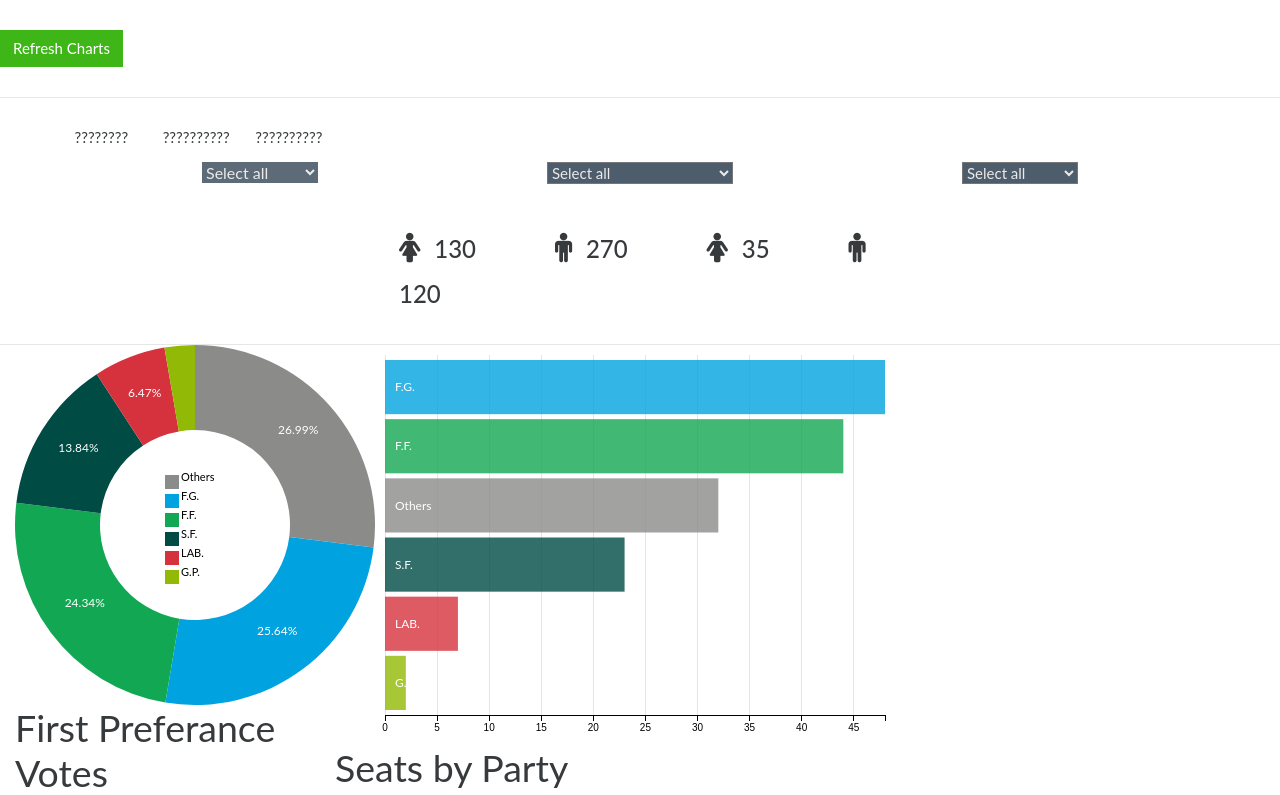
Repository: pauldardis/project-2-test
Page: index.html
The author's editor kept a record of every edit. The page is drawn from the files as they stood at one moment, then again after the next edit.
The browser window is 1280 px wide. The pictures show the whole page.

Above is the page before.
Console error: TypeError: Cannot read properties of null (reading 'textContent')

After the next edit:
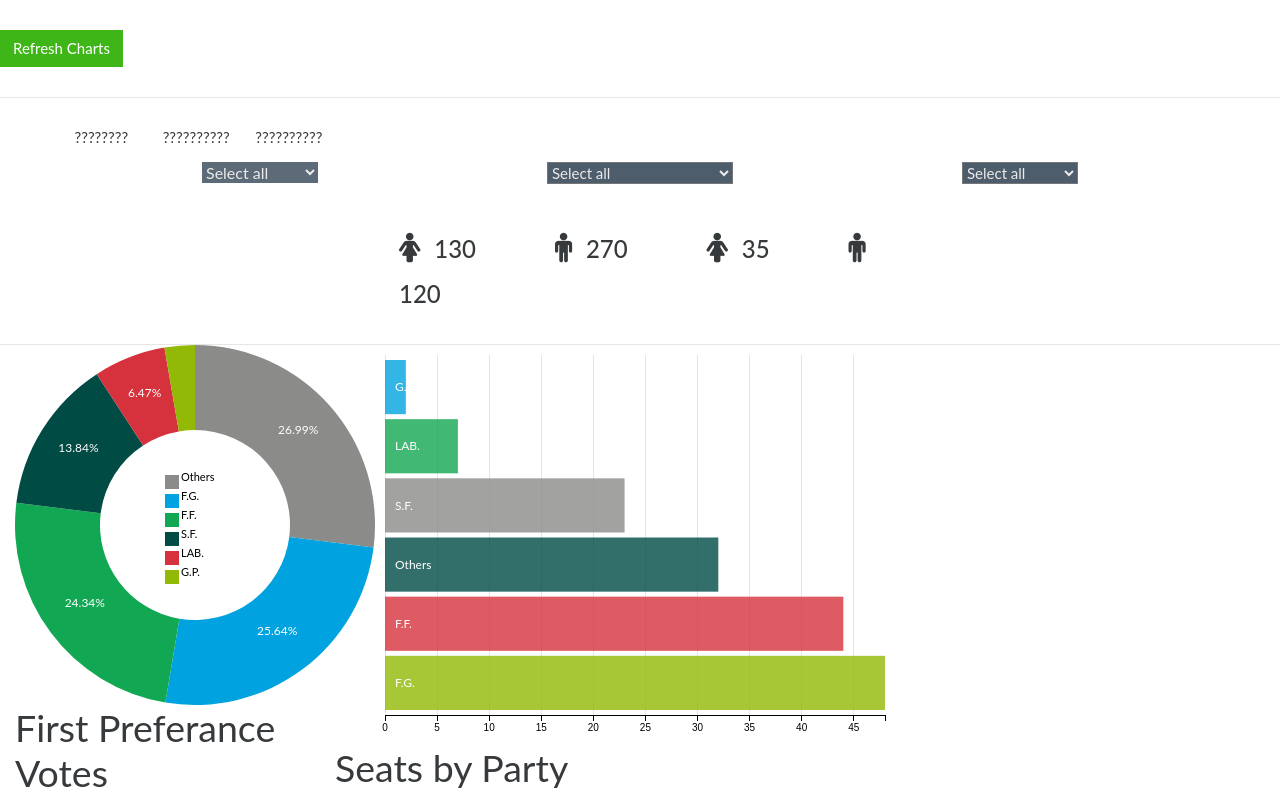
The edit:
--- a/assets/js/graps.js
+++ b/assets/js/graps.js
@@ -134,6 +134,7 @@
         .dimension(dim)
         .transitionDuration(1500)
         .elasticX(true)
+        .ordering(function(d) { return +d.value })
         .group(group);
 }
 
